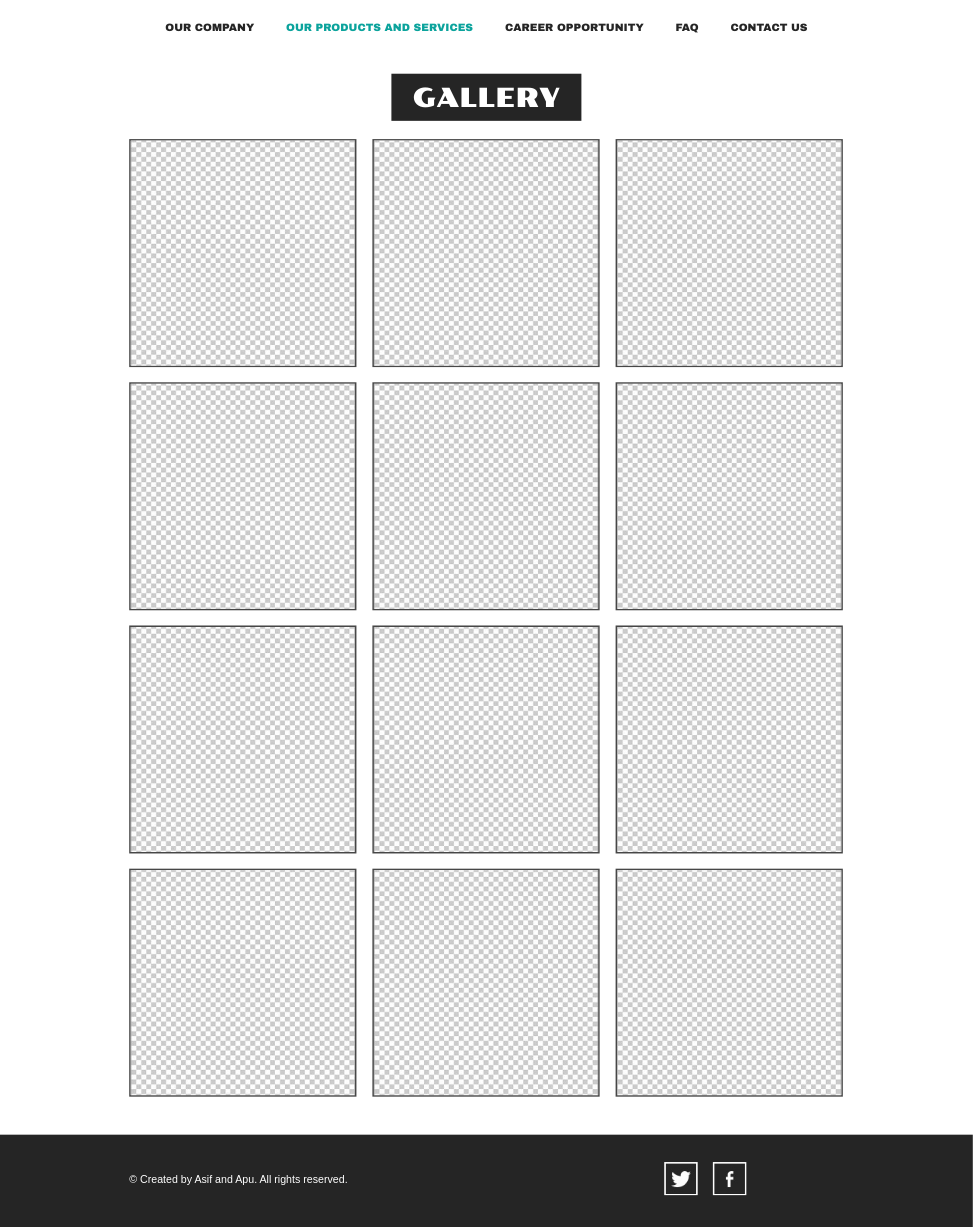
Repository: asifdotpy/textechint
Page: gallery.html
These files come from the project's save history. The page is drawn as it stood at one moment and after the next save; the edit follows.
The browser window is 1280 px wide. The pictures show the whole page, at 76% of full size.

Above is the page before, as saved 2021-02-26 23:25:35.

### gallery.html
<!doctype html>
<html>
<head>
	<meta charset="UTF-8">
	<meta name="viewport" content="width=device-width, initial-scale=1.0">
	<title>Gallery - Tex Tech International</title>
	<link rel="stylesheet" type="text/css" href="css/style.css">
	<link rel="stylesheet" type="text/css" href="css/mobile.css" media="screen and (max-width : 568px)">
	<script type="text/javascript" src="js/mobile.js"></script>
</head>
<body>
	<div id="header">
		<ul id="navigation">
			<li>
				<a href="index.html">our company</a>
			</li>
			<li class="selected">
				<a href="gallery.html">Our Products and services
				</a>
			</li>
			<li>
				<a href="about.html">career opportunity</a>
			</li>
			<li>
				<a href="blog.html">faq</a>
			</li>
			<li>
				<a href="contact.html">contact us</a>
			</li>
		</ul>
	</div>
	<div id="body">
		<h1><span>gallery</span></h1>
		<ul class="gallery">
			<li>
				<a href="gallery-single-post.html">
					<img src="images/blank.jpg" alt="">
				</a>
			</li>
			<li>
				<a href="gallery-single-post.html">
					<img src="images/blank.jpg" alt="">
				</a>
			</li>
			<li>
				<a href="gallery-single-post.html">
					<img src="images/blank.jpg" alt="">
				</a>
			</li>
			<li>
				<a href="gallery-single-post.html">
					<img src="images/blank.jpg" alt="">
				</a>
			</li>
			<li>
				<a href="gallery-single-post.html">
					<img src="images/blank.jpg" alt="">
				</a>
			</li>
			<li>
				<a href="gallery-single-post.html">
					<img src="images/blank.jpg" alt="">
				</a>
			</li>
			<li>
				<a href="gallery-single-post.html">
					<img src="images/blank.jpg" alt="">
				</a>
			</li>
			<li>
				<a href="gallery-single-post.html">
					<img src="images/blank.jpg" alt="">
				</a>
			</li>
			<li>
				<a href="gallery-single-post.html">
					<img src="images/blank.jpg" alt="">
				</a>
			</li>
			<li>
				<a href="gallery-single-post.html">
					<img src="images/blank.jpg" alt="">
				</a>
			</li>
			<li>
				<a href="gallery-single-post.html">
					<img src="images/blank.jpg" alt="">
				</a>
			</li>
			<li>
				<a href="gallery-single-post.html">
					<img src="images/blank.jpg" alt="">
				</a>
			</li>
		</ul>
	</div>
	<div id="footer">
		<div>
			<p>&copy; Created by Asif and Apu. All rights reserved.</p>
			<ul>
				<li>
					<a href="#" id="linkedin">linkedin</a>
				</li>
				<li>
					<a href="https://www.facebook.com/textechint" target="_blank" id="facebook">facebook</a>
				</li>
			</ul>
		</div>
	</div>
</body>
</html>

### css/style.css
@font-face {
	font-family: 'poller_oneregular';
	src: url('../fonts/pollerone/pollerone-webfont.eot');
	src: url('../fonts/pollerone/pollerone-webfont.eot?#iefix') format('embedded-opentype'),
		 url('../fonts/pollerone/pollerone-webfont.woff') format('woff'),
		 url('../fonts/pollerone/pollerone-webfont.ttf') format('truetype'),
		 url('../fonts/pollerone/pollerone-webfont.svg#poller_oneregular') format('svg');
}
@font-face {
	font-family: 'leckerli_oneregular';
	src: url('../fonts/leckerlione/leckerlione-regular-webfont.eot');
	src: url('../fonts/leckerlione/leckerlione-regular-webfont.eot?#iefix') format('embedded-opentype'),
		 url('../fonts/leckerlione/leckerlione-regular-webfont.woff') format('woff'),
		 url('../fonts/leckerlione/leckerlione-regular-webfont.ttf') format('truetype'),
		 url('../fonts/leckerlione/leckerlione-regular-webfont.svg#leckerli_oneregular') format('svg');
}

body {
	background: #fff;
	font-family: Arial, Helvetica, sans-serif;
	font-size: 14px;
	font-weight: normal;
	line-height: 1;
	margin: 0;
	min-width: 960px;
	padding: 0;
}
p {
	color: #252525;
	line-height: 24px;
	margin: 0;
	padding: 0;
}
p a {
	color: #252525;
	text-decoration: underline;
}
p a:hover {
	color: #898989;
}
#header {
	margin: 0 auto;
	padding: 4px 0 50px;
	text-align: center;
	width: 960px;
}
#header a.logo {
	display: block;
	margin: 0 auto;
	padding: 0;
	width: 340px;
}
#header a.logo img {
	border: 0;
	display: block;
	margin: 0;
	padding: 0;
}
#header ul {
	margin: 0;
	padding: 25px 0 0;
}
#header ul li {
	display: inline;
	list-style: none;
	margin: 0;
	padding: 0 19px;
}
#header ul li a {
	color: #252525;
	display: inline-block;
	font-family: "Arial Black", Gadget, sans-serif;
	font-size: 14px;
	font-weight: normal;
	margin: 0;
	padding: 0 0 3px;
	text-decoration: none;
	text-transform: uppercase;
}
#header ul li a:hover, #header ul li.selected a {
	color: #0ba39c;
}
#body {
	margin: 0;
	padding: 0 0 30px;
	text-align: center;
}
#body h1 {
	color: #fff;
	display: inline;
	font-family: poller_oneregular;
	font-size: 35px;
	font-weight: normal;
	margin: 0;
	padding: 0;
	text-transform: uppercase;
}
#body h1 span {
	background: #252525;
	display: inline-block;
	padding: 15px 28px 12px;
}
#body > div {
	margin: 0 auto;
	padding: 0;
	width: 960px;
}
#body > div img {
	border: 0 auto;
	margin: 24px 0 0;
	padding: 0;
}
#body > div .article {
	margin: 0 auto;
	padding: 30px 30px 0;
	width: 560px;
}
#body > div .article h2 {
	font-family: "Arial Black", Gadget, sans-serif;
	font-size: 25px;
	font-weight: normal;
	margin: 0 0 30px;
}
#body > div .article h3 {
	color: #252525;
	line-height: 24px;
	margin: 0;
	padding: 0;
}
#body > div .article h4 {
	background: #252525;
	color: #fff;
	display: inline-block;
	font-family: "Arial Black", Gadget, sans-serif;
	font-size: 25px;
	font-weight: normal;
	margin: 0 0 30px;
	padding: 8px 27px 10px;
}
#body > div .article p {
	margin: 0 0 30px;
	text-align: justify;
}
#body div div ul {
	margin: 0;
	padding: 24px 10px 0;
	width: 940px;
	list-style-type: none;
}
#body div div ul li {
	border: 2px solid #1a1a1a;
	display: block;
	list-style: none;
	margin: 0 0 13px;
	overflow: hidden;
	padding: 0;
}
#body div ul li .figure {
	border-right: 2px solid #1a1a1a;
	float: left;
	margin: 0;
	padding: 0;
	width: 376px;
}
#body div ul li img {
	border: 0;
	display: block;
	margin: 0;
	padding: 0;
	opacity: 0.8;
	transition: 0.5s ease-in-out;
}
#body div ul li .figure:hover img {
	opacity: 1;
}
#body div ul li div {
	float: left;
	margin: 0;
	padding: 63px 0 20px;
	width: 558px;
}
#body div ul li div h3 {
	color: #252525;
	font-family: "Arial Black", Gadget, sans-serif;
	font-size: 25px;
	font-weight: normal;
	margin: 0;
	padding: 0;
	text-transform: uppercase;
}
#body div ul li div p {
	padding: 30px 30px 18px;
}
#body div ul li div a.more {
	background: #000;
	color: #fff;
	display: inline-block;
	font-family: "Arial Black", Gadget, sans-serif;
	font-size: 18px;
	font-weight: normal;
	margin: 0;
	padding: 8px 28px;
	text-decoration: none;
	text-transform: uppercase;
}
#body div ul li div a.more:hover {
	color: #252525;
	background: #fff;
	border: 2px solid #252525;
}
#body #featured {
	margin: 0 0 13px;
	padding: 0;
	position: relative;
	width: 100%;
}
#body #featured img {
	border: 0;
	display: block;
	margin: 0;
	padding: 0;
	width: 100%;
	height: auto;
}
#body #featured div {
	left: 50%;
	margin-left: -480px;
	margin-top: -171px;
	padding: 0 0 0 470px;
	position: absolute;
	top: 50%;
	text-align: left;
	width: 490px;
}
#body #featured div h2 {
	background: #fff;
	color: #000;
	display: inline-block;
	font-family: poller_oneregular;
	font-size: 20px;
	font-weight: normal;
	margin: 0 0 18px;
	padding: 23px 27px 20px;
	text-transform: uppercase;
}
#body #featured div span {
	background: #252525;
	color: #fff;
	display: inline-block;
	font-size: 20px;
	margin: 7px 0;
	padding: 12px 27px;
}
#body #featured div a {
	background: #0ba39c;
	color: #fff;
	display: inline-block;
	font-size: 16px;
	margin: 15px 0 0;
	padding: 26px 27px 22px;
	text-align: center;
	text-decoration: none;
	text-transform: uppercase;
}
#body #featured div a:hover {
	background: #1fc3bc;
}
#body > ul {
	margin: 0 auto;
	overflow: hidden;
	padding: 24px 0 0;
	width: 960px;
}
#body > ul li {
	display: block;
	float: left;
	margin: 0 10px 20px;
	padding: 0;
	width: 300px;
}
#body > ul li a {
	color: #000;
	display: block;
	font-family: poller_oneregular;
	font-size: 20px;
	font-weight: normal;
	margin: 0;
	padding: 0;
	text-align: center;
	text-decoration: none;
	text-transform: uppercase;
}
#body > ul li a img {
	border: 2px solid #1a1a1a;
	display: block;
	margin: 0;
	padding: 0;
	opacity: .8;
	transition: 0.5s ease-in-out;
}
#body > ul li a:hover img {
	opacity: 1;
}
#body > ul li a span {
	display: block;
	margin: 0;
	padding: 33px 0 0;
}
#body form {
	margin: 0 auto;
	padding: 24px 0 0;
	width: 620px;
}
#body form input, #body form textarea {
	border: 2px solid #252525;
	color: #252525;
	font-family: Arial, Helvetica, sans-serif;
	font-size: 15px;
	font-weight: normal;
	margin: 0 0 37px;
	padding: 20px 10px;
	text-align: center;
	text-transform: uppercase;
	width: 596px;
}
#body form textarea {
	height: 175px;
	overflow: auto;
	resize: none;
}
#body form #send {
	background: #252525;
	color: #fff;
	font-family: "Arial Black", Gadget, sans-serif;
	font-size: 15px;
	font-weight: normal;
	display: inline-block;
	padding: 20px 28px;
	width: auto;
}
#body form #send:hover {
	background: #fff;
	color: #252525;
	cursor: pointer;
}
#footer {
	background: #252525;
	margin: 0;
	padding: 36px 0 42px;
}
#footer div {
	margin: 0 auto;
	overflow: hidden;
	padding: 0;
	width: 960px;
}
#footer div p {
	color: #fff;
	float: left;
	line-height: 44px;
	margin: 0 0 0 10px;
	padding: 0;
}
#footer div ul {
	display: block;
	float: right;
	margin: 0;
	overflow: hidden;
	padding: 0;
	width: 256px;
}
#footer div ul li {
	display: block;
	float: left;
	list-style: none;
	margin: 0 10px;
	padding: 0;
	width: 44px;
}
#footer div ul li a {
	background: url(../images/icons.jpg) no-repeat 0 0;
	display: block;
	height: 44px;
	margin: 0;
	padding: 0;
	text-indent: -99999px;
	width: 44px;
}
#footer div ul li #linkedin {
	background-position: 0 0;
}
#footer div ul li #linkedin:hover {
	background-position: -44px 0;
}
#footer div ul li #facebook {
	background-position: 0 -44px;
}
#footer div ul li #facebook:hover {
	background-position: -44px -44px;
}

div .intro h1 {
	margin: 0px 50px;
	padding: 0px 50px;
	background-color: #0ba39c;
	text-decoration: #1a1a1a;
}

div .intro p {
	margin: 10px;
	padding: 10px;
	font-size: 16px;
}

div .main {
	font-size: 15px;
}



.post-container {
    margin: 20px 20px 0 0;
    border: 5px solid #333;
    overflow: auto
}
.post-thumb {
    float: left;
}
.post-thumb img {
    display: block;
}
.post-content {
    margin-left: 210px
}
.post-title {
    font-weight: bold;
    font-size: 200%
}

div .main {
	text-align: justify;
}

div .article

### js/mobile.js
window.onload = function(){
	var getNavi = document.getElementById('navigation');

	var mobile = document.createElement("span");
	mobile.setAttribute("id","mobile-navigation");
	getNavi.parentNode.insertBefore(mobile,getNavi);

	document.getElementById('mobile-navigation').onclick = function(){
		var a = getNavi.getAttribute('style');
		if(a){
			getNavi.removeAttribute('style');
			document.getElementById('mobile-navigation').style.backgroundImage='url(images/mobile-menu.png)';
		} else {
			getNavi.style.display='block';
			document.getElementById('mobile-navigation').style.backgroundImage='url(images/mobile-close.png)';
		}
	};
	var getElm = getNavi.getElementsByTagName("LI");
	for(var i=0;i<getElm.length;i++){
		if(getElm[i].children.length>1){
			var smenu = document.createElement("span");
			smenu.setAttribute("class","mobile-submenu");
			smenu.setAttribute("OnClick","submenu("+i+")");
			getElm[i].appendChild(smenu);
		};
	};
	submenu = function (i){
		var sub = getElm[i].children[1];
		var b = sub.getAttribute('style');
		if(b){
			sub.removeAttribute('style');
			getElm[i].lastChild.style.backgroundImage='url(images/mobile-expand.png)';
			getElm[i].lastChild.style.backgroundColor='rgba(11, 163, 156, 0.7)';
		} else {
			sub.style.display='block';
			getElm[i].lastChild.style.backgroundImage='url(images/mobile-collapse.png)';
			getElm[i].lastChild.style.backgroundColor='rgba(0,0,0,0.8)';
		}
	};
};

### css/mobile.css
body {
	min-width: 0;
}
#header {
	padding: 20px 0;
	position: relative;
	width: 100%;
}
#header a.logo {
	width: 80%;
}
#header a.logo img {
	width: 100%;
}
#mobile-navigation {
	background: url(../images/mobile-menu.png) no-repeat 0 0;
	display: block;
	height: 50px;
	margin: 30px auto 0;
	padding: 0;
	width: 50px;
}
#header ul {
	border: 1px solid #fff;
	display: none;
	left: 50%;
	margin-left: -45%;
	padding: 0;
	position: absolute;
	width: 90%;
	z-index: 1001;
}
#header ul li {
	border-top: 1px solid #fff;
	display: block;
	margin: 0;
	padding: 0;
	position: relative;
}
#header > ul > li:first-child {
	border: 0;
}
#header ul li a {
	background: rgba(11, 163, 156, 0.9);
	color: #fff;
	display: block;
	font-family: Arial, Helvetica, sans-serif;
	font-size: 16px;
	font-weight: normal;
	height: 49px;
	line-height: 49px;
	padding: 0 15px;
	text-align: left;
}
#header ul li a:hover, #header ul li.selected a {
	background: rgba(0, 0, 0, 0.9);
	color: #fff;
}
#header ul ul {
	display: none;
	border: 0;
	height: auto;
	left: 0;
	margin: 0;
	position: relative;
	width: 100%;
}
#header ul ul li a {
	text-indent: 15px;
}
#header ul li span {
	background: rgba(11, 163, 156, 0.9) url(../images/mobile-expand.png) no-repeat 0 0;
	border-left: 1px solid #fff;
	display: block;
	height: 49px;
	position: absolute;
	right: 0;
	top: 0;
	width: 50px;
}
#body {
	width: 100%;
}
#body h1 {
	display: block;
	font-size: 20px;
	margin: 0 auto;
	width: 90%;
}
#body h1 span {
	display: block;
	padding: 3%;
	width: 94%;
}
#body > div {
	padding: 0 5%;
	width: 90%;
}
#body > div img {
	margin: 24px 0 30px;
	width: 98%
}
#body > div .article {
	padding: 0;
	width: 100%;
}
#body > div .article h2, #body > div .article h4 {
	font-size: 18px;
	font-weight: bold;
}
#body #featured {
	overflow: hidden;
	margin: 0 0 20px
}
#body #featured img {
	min-width: 960px;
}
#body #featured div {
	left: 0;
	margin: 0;
	padding: 0 2%;
	position: absolute;
	top: 0;
	text-align: left;
	width: 96%;
}
#body #featured div h2 {
	font-size: 14px;
	font-weight: normal;
	margin: 50px 0 10px;
	padding: 8px 5px;
}
#body #featured div span {
	display: block;
	font-size: 14px;
	margin: 10px 0;
	padding: 10px;
}
#body #featured div a {
	font-size: 14px;
	margin: 5px 0 0;
	padding: 10px;
}
#body > ul {
	overflow: visible;
	padding: 0 5%;
	width: 90%;
}
#body ul.gallery {
	padding: 5% 0;
	overflow: hidden;
	width: 100%;
}
#body > ul li {
	float: none;
	margin: 0;
	width: 100%;
}
#body ul.gallery li {
	float: left;
	margin: 0 0 5% 5%;
	width: 42%;
}
#body > ul li a img {
	width: 98%;
}
#body > ul li a span {
	padding: 15px 0;
}
#body div ul {
	margin: 0;
	padding: 20px 0 0;
	width: 100%;
}
#body div ul li {
	overflow: visible;
	padding: 0 0 20px;
	width: 99%;
}
#body div ul li .figure {
	border: 0;
	display: block;
	float: none;
	margin: 0 0 20px;
	width: 100%;
}
#body div ul li .figure img {
	width: 100%;
}
#body div ul li div {
	float: none;
	padding: 0;
	width: 100%;
}
#body div ul li div a.more:hover {
	height: 14px;
	line-height: 14px;
}
#body form {
	width: 100%;
}
#body form input, #body form textarea {
	margin: 0 0 20px;
	padding: 10px;
	width: 84%;
}
#body form #send {
	padding: 10px;
}
#footer {
	padding: 10px 0 25px;
}
#footer div {
	overflow: visible;
	width: 100%;
}
#footer div p {
	float: none;
	margin: 0;
	text-align: center;
}
#footer div ul {
	float: none;
	margin: 0 auto;
	width: 256px;
}

After the next save:
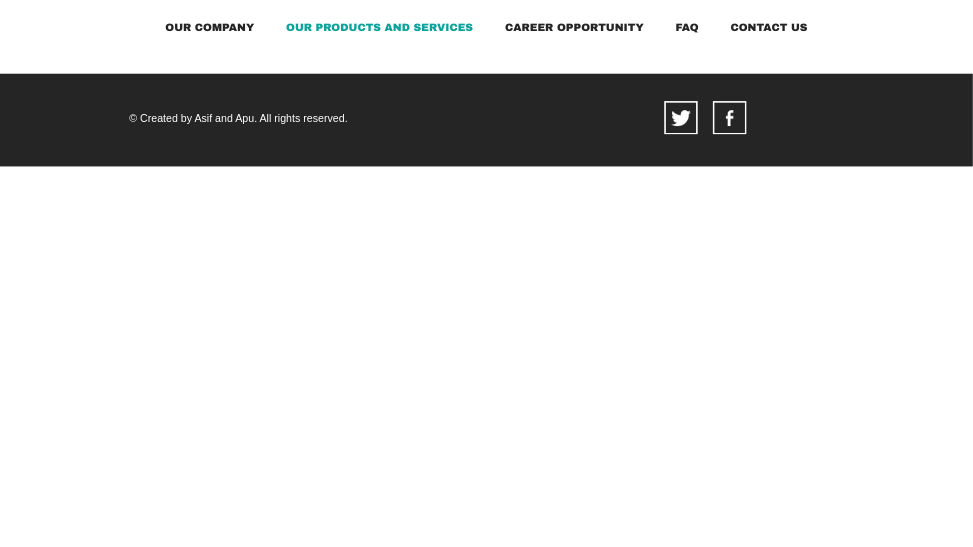
Saved 23 min 14 s later.
--- a/gallery.html
+++ b/gallery.html
@@ -29,71 +29,7 @@
 			</li>
 		</ul>
 	</div>
-	<div id="body">
-		<h1><span>gallery</span></h1>
-		<ul class="gallery">
-			<li>
-				<a href="gallery-single-post.html">
-					<img src="images/blank.jpg" alt="">
-				</a>
-			</li>
-			<li>
-				<a href="gallery-single-post.html">
-					<img src="images/blank.jpg" alt="">
-				</a>
-			</li>
-			<li>
-				<a href="gallery-single-post.html">
-					<img src="images/blank.jpg" alt="">
-				</a>
-			</li>
-			<li>
-				<a href="gallery-single-post.html">
-					<img src="images/blank.jpg" alt="">
-				</a>
-			</li>
-			<li>
-				<a href="gallery-single-post.html">
-					<img src="images/blank.jpg" alt="">
-				</a>
-			</li>
-			<li>
-				<a href="gallery-single-post.html">
-					<img src="images/blank.jpg" alt="">
-				</a>
-			</li>
-			<li>
-				<a href="gallery-single-post.html">
-					<img src="images/blank.jpg" alt="">
-				</a>
-			</li>
-			<li>
-				<a href="gallery-single-post.html">
-					<img src="images/blank.jpg" alt="">
-				</a>
-			</li>
-			<li>
-				<a href="gallery-single-post.html">
-					<img src="images/blank.jpg" alt="">
-				</a>
-			</li>
-			<li>
-				<a href="gallery-single-post.html">
-					<img src="images/blank.jpg" alt="">
-				</a>
-			</li>
-			<li>
-				<a href="gallery-single-post.html">
-					<img src="images/blank.jpg" alt="">
-				</a>
-			</li>
-			<li>
-				<a href="gallery-single-post.html">
-					<img src="images/blank.jpg" alt="">
-				</a>
-			</li>
-		</ul>
-	</div>
+
 	<div id="footer">
 		<div>
 			<p>&copy; Created by Asif and Apu. All rights reserved.</p>
